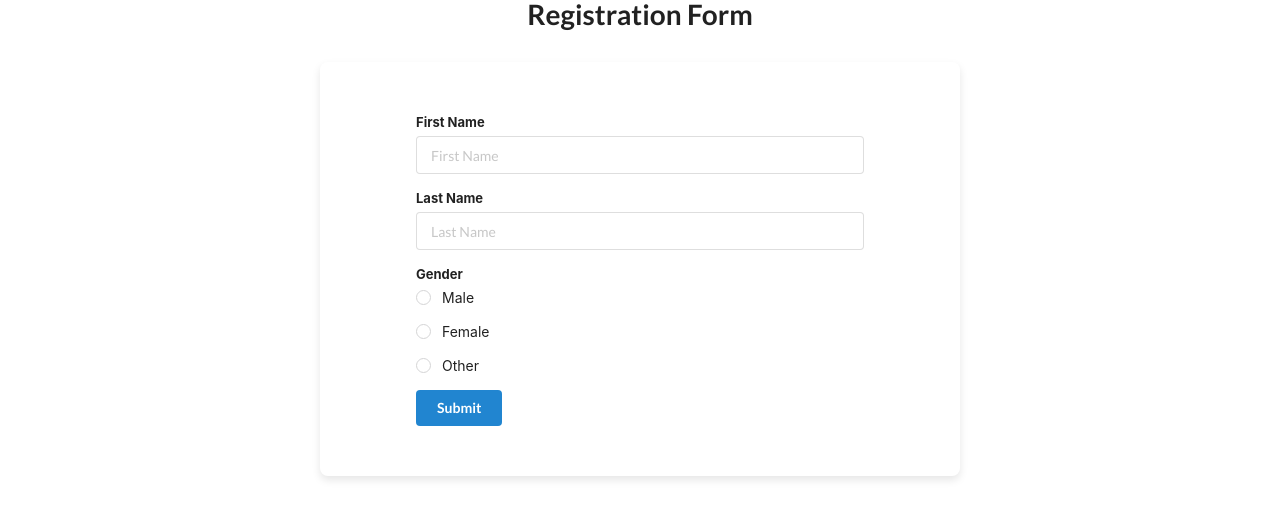
Repository: Wahid137/registration-form
Page: /
These files come from the project's save history. The page is drawn as it stood at one moment and after the next save; the edit follows.
The browser window is 1280 px wide. The pictures show the whole page.
The project was rebuilt for these pictures with package versions that can differ from the ones it lists, and the page was loaded fresh each time. Also part of the build but not shown: src/App.css.

Above is the page before, as saved 2024-05-01 11:55:55.

### src/index.js
import React from 'react';
import ReactDOM from 'react-dom/client';
import 'semantic-ui-css/semantic.min.css';
import App from './App';
import './index.css';
import reportWebVitals from './reportWebVitals';

const root = ReactDOM.createRoot(document.getElementById('root'));
root.render(
  <React.StrictMode>
    <App />
  </React.StrictMode>
);

// If you want to start measuring performance in your app, pass a function
// to log results (for example: reportWebVitals(console.log))
// or send to an analytics endpoint. Learn more: https://bit.ly/CRA-vitals
reportWebVitals();

### src/App.js
import { Header } from 'semantic-ui-react';
import './App.css';
import Register from './components/Register';

function App() {
  return (
    <div className="App">
      <Header as='h1' textAlign='center'>
        Registration Form
      </Header>
      <Register />
    </div>
  );
}

export default App;

### src/components/Register.js
import Joi from "joi";
import React, { useState } from "react";
import { useForm } from "react-hook-form";
import { Button, Container, Form, FormField, Radio } from "semantic-ui-react";

const Register = () => {
    // Initialize React Hook Form
    const { register, handleSubmit, formState: { errors }, reset } = useForm();


    // State to hold errors
    const [formErrors, setFormErrors] = useState({});

    // Joi schema for validation
    const schema = Joi.object({
        firstName: Joi.string().min(2).max(20).required().messages({
            "string.base": "First name must be a string",
            "string.empty": "Please enter your first name",
            "string.min": "First name must have at least {#limit} characters",
            "string.max": "First name cannot exceed {#limit} characters",
            "any.required": "First name is required",
        }),
        lastName: Joi.string().min(2).max(20).required().messages({
            "string.base": "Last name must be a string",
            "string.empty": "Please enter your last name",
            "string.min": "Last name must have at least {#limit} characters",
            "string.max": "Last name cannot exceed {#limit} characters",
            "any.required": "Last name is required",
        }),
        gender: Joi.string().required().messages({
            "any.required": "Gender is required",
        }),
    });

    const genderOptions = [
        { key: "male", text: "Male", value: "male" },
        { key: "female", text: "Female", value: "female" },
        { key: "other", text: "Other", value: "other" },
    ];

    const onSubmit = (data) => {
        // Validate using Joi schema
        const { error } = schema.validate(data, { abortEarly: false });
        if (error) {
            const errorMessage = {};
            error.details.forEach((detail) => {
                errorMessage[detail.path[0]] = detail.message;
            });
            setFormErrors(errorMessage); // Set errors in component state
            return; // Exit early if there are errors
        }
        // Clear form data and errors on successful submission
        reset();
        setFormErrors({});
        console.log("data", data);
    };

    const handleGenderChange = (value) => {
        setFormErrors({ ...formErrors, gender: undefined });
    };

    return (
        <Container
            style={{
                marginTop: "30px",
                display: "flex",
                width: "50%",
                justifyContent: "center",
                paddingTop: "50px",
                paddingBottom: "50px",
                boxShadow: "0 4px 8px rgba(0,0,0,0.1)", // Add shadow effect
                borderRadius: "8px", // Add border radius for rounded corners
            }}
        >
            <Form style={{ width: "70%" }} onSubmit={handleSubmit(onSubmit)}>
                <div style={{ marginBottom: "1rem" }}>
                    <FormField error={formErrors.firstName !== undefined}>
                        <label>First Name</label>
                        <input
                            placeholder="First Name"
                            {...register("firstName")}
                            className={formErrors.firstName ? "error" : ""}
                        />
                        {formErrors.firstName && (
                            <div className="ui pointing red basic label">
                                {formErrors.firstName}
                            </div>
                        )}
                    </FormField>
                </div>
                <div style={{ marginBottom: "1rem" }}>
                    <FormField error={formErrors.lastName !== undefined}>
                        <label>Last Name</label>
                        <input
                            placeholder="Last Name"
                            {...register("lastName")}
                            className={formErrors.lastName ? "error" : ""}
                        />
                        {formErrors.lastName && (
                            <div className="ui pointing red basic label">
                                {formErrors.lastName}
                            </div>
                        )}
                    </FormField>
                </div>
                <div style={{ marginBottom: "1rem" }}>
                    <FormField error={formErrors.gender !== undefined}>
                        <label>Gender</label>
                        {genderOptions.map(option => (
                            <Form.Field key={option.key}>
                                <Radio
                                    label={option.text}
                                    name="gender"
                                    value={option.value}
                                    onChange={() => handleGenderChange(option.value)}
                                />
                            </Form.Field>
                        ))}
                        {formErrors.gender && (
                            <div className="ui pointing red basic label">
                                {formErrors.gender}
                            </div>
                        )}
                    </FormField>
                </div>
                <Button type="submit" color="blue">
                    Submit
                </Button>
            </Form>
        </Container>
    );
};

export default Register;

Loaded but not shown: public/index.html (common file); src/index.css (common file); src/reportWebVitals.js (common file)

After the next save:
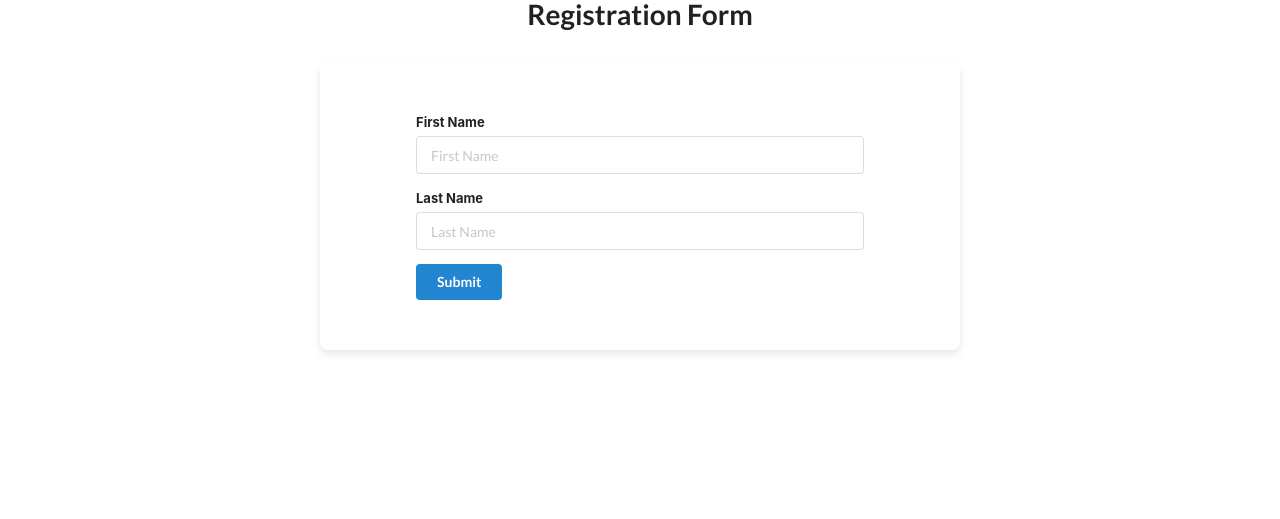
Saved 96 s later.
--- a/src/components/Register.js
+++ b/src/components/Register.js
@@ -1,14 +1,10 @@
 import Joi from "joi";
-import React, { useState } from "react";
+import React, { useState } from "react"; // Import useState
 import { useForm } from "react-hook-form";
-import { Button, Container, Form, FormField, Radio } from "semantic-ui-react";
+import { Button, Container, Form, FormField } from "semantic-ui-react";
 
 const Register = () => {
-    // Initialize React Hook Form
-    const { register, handleSubmit, formState: { errors }, reset } = useForm();
-
-
-    // State to hold errors
+    const { register, handleSubmit, reset } = useForm();
     const [formErrors, setFormErrors] = useState({});
 
     // Joi schema for validation
@@ -27,36 +23,20 @@ const Register = () => {
             "string.max": "Last name cannot exceed {#limit} characters",
             "any.required": "Last name is required",
         }),
-        gender: Joi.string().required().messages({
-            "any.required": "Gender is required",
-        }),
     });
 
-    const genderOptions = [
-        { key: "male", text: "Male", value: "male" },
-        { key: "female", text: "Female", value: "female" },
-        { key: "other", text: "Other", value: "other" },
-    ];
-
     const onSubmit = (data) => {
-        // Validate using Joi schema
         const { error } = schema.validate(data, { abortEarly: false });
         if (error) {
             const errorMessage = {};
             error.details.forEach((detail) => {
                 errorMessage[detail.path[0]] = detail.message;
             });
-            setFormErrors(errorMessage); // Set errors in component state
-            return; // Exit early if there are errors
+            setFormErrors(errorMessage);
+            return;
         }
-        // Clear form data and errors on successful submission
+        console.log(data);
         reset();
-        setFormErrors({});
-        console.log("data", data);
-    };
-
-    const handleGenderChange = (value) => {
-        setFormErrors({ ...formErrors, gender: undefined });
     };
 
     return (
@@ -74,52 +54,26 @@ const Register = () => {
         >
             <Form style={{ width: "70%" }} onSubmit={handleSubmit(onSubmit)}>
                 <div style={{ marginBottom: "1rem" }}>
-                    <FormField error={formErrors.firstName !== undefined}>
+                    <FormField>
                         <label>First Name</label>
                         <input
                             placeholder="First Name"
                             {...register("firstName")}
-                            className={formErrors.firstName ? "error" : ""}
                         />
-                        {formErrors.firstName && (
-                            <div className="ui pointing red basic label">
-                                {formErrors.firstName}
-                            </div>
+                        {formErrors.firstName && ( // Display error if exists in formErrors
+                            <div style={{ color: "red" }}>{formErrors.firstName}</div>
                         )}
                     </FormField>
                 </div>
                 <div style={{ marginBottom: "1rem" }}>
-                    <FormField error={formErrors.lastName !== undefined}>
+                    <FormField>
                         <label>Last Name</label>
                         <input
                             placeholder="Last Name"
                             {...register("lastName")}
-                            className={formErrors.lastName ? "error" : ""}
                         />
-                        {formErrors.lastName && (
-                            <div className="ui pointing red basic label">
-                                {formErrors.lastName}
-                            </div>
-                        )}
-                    </FormField>
-                </div>
-                <div style={{ marginBottom: "1rem" }}>
-                    <FormField error={formErrors.gender !== undefined}>
-                        <label>Gender</label>
-                        {genderOptions.map(option => (
-                            <Form.Field key={option.key}>
-                                <Radio
-                                    label={option.text}
-                                    name="gender"
-                                    value={option.value}
-                                    onChange={() => handleGenderChange(option.value)}
-                                />
-                            </Form.Field>
-                        ))}
-                        {formErrors.gender && (
-                            <div className="ui pointing red basic label">
-                                {formErrors.gender}
-                            </div>
+                        {formErrors.lastName && ( // Display error if exists in formErrors
+                            <div style={{ color: "red" }}>{formErrors.lastName}</div>
                         )}
                     </FormField>
                 </div>
